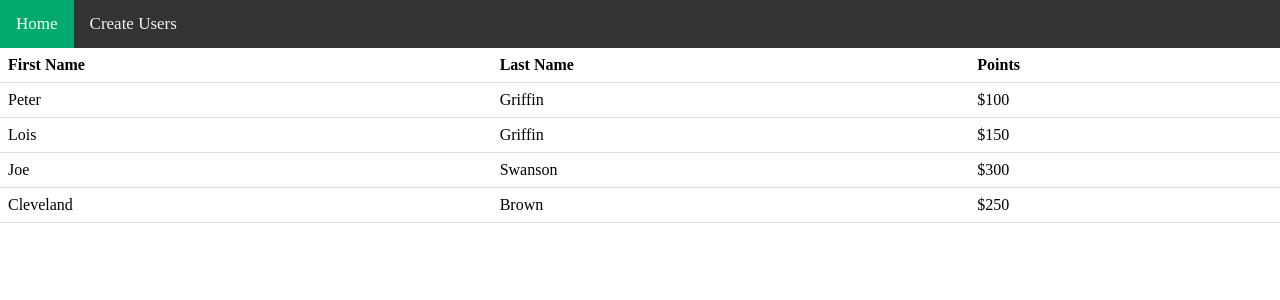
Repository: Ducbii4202/backend-Nodejs
Page: src/views/home.ejs
An editor plug-in stored every save of this project. The page is shown before and after the next save, followed by the edit.
The browser window is 1280 px wide. The pictures show the whole page.
The page is served by the project's Node server (server.js). The template is opened directly, without the code that normally fills it, so the values that code supplies are empty.

Above is the page before, as saved 2024-07-01 22:39:14.

### src/views/home.ejs
<html lang="en">

<head>
  <meta charset="UTF-8">
  <meta name="viewport" content="width=device-width, initial-scale=1.0">
  <title>Home Page</title>
  <link rel="stylesheet" href="/css/styles.css" />

</head>
<style>
  table {
    border-collapse: collapse;
    width: 100%;
  }

  th,
  td {
    padding: 8px;
    text-align: left;
    border-bottom: 1px solid #ddd;
  }

  tr:hover {
    background-color: coral;
  }
</style>

<body>
  <div class="topnav">
    <a class="active" href="/">Home</a>
    <a href="/create">Create Users</a>
  </div>
  <table>
    <tr>
      <th>First Name</th>
      <th>Last Name</th>
      <th>Points</th>
    </tr>
    <tr>
      <td>Peter</td>
      <td>Griffin</td>
      <td>$100</td>
    </tr>
    <tr>
      <td>Lois</td>
      <td>Griffin</td>
      <td>$150</td>
    </tr>
    <tr>
      <td>Joe</td>
      <td>Swanson</td>
      <td>$300</td>
    </tr>
    <tr>
      <td>Cleveland</td>
      <td>Brown</td>
      <td>$250</td>
    </tr>
  </table>
</body>

</html>

### server.js
const express = require("express");
const app = express();
const port = 8080;

app.set("views", "./src/views");
app.set("view engine", "ejs");

app.get("/", (req, res) => {
  res.send("Hello World!");
});

app.get("/abc", (req, res) => {
  res.send("Hello ABC!");
});

app.listen(port, () => {
  console.log(`Example app listening on port ${port}`);
});

### src/public/css/styles.css
.hoidanit{
    width: 500px;
}

/*reset padding and margin*/
*{
    margin: 0;
    padding: 0;
}

/* Add a black background color to the top navigation */
.topnav {
  background-color: #333;
  overflow: hidden;
}

/* Style the links inside the navigation bar */
.topnav a {
  float: left;
  color: #f2f2f2;
  text-align: center;
  padding: 14px 16px;
  text-decoration: none;
  font-size: 17px;
}

/* Change the color of links on hover */
.topnav a:hover {
  background-color: #ddd;
  color: black;
}

/* Add a color to the active/current link */
.topnav a.active {
  background-color: #04AA6D;
  color: white;
}

.form-add-new{
    width: 500px;
    margin: 0 auto;
    padding-top: 100px;
}
.input-group{
    padding: 10px
}

button{
    margin: 10px;
    cursor: po;
}

After the next save:
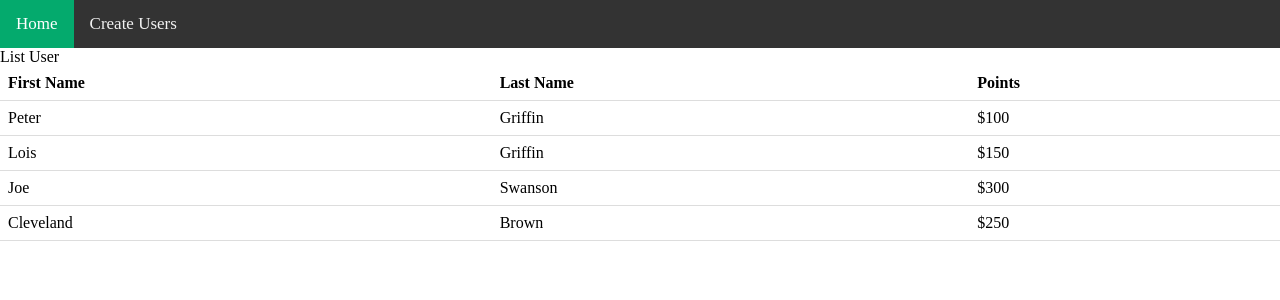
Saved 79 s later.
--- a/src/views/home.ejs
+++ b/src/views/home.ejs
@@ -21,7 +21,7 @@
   }
 
   tr:hover {
-    background-color: coral;
+    background-color: rgb(211, 187, 243);
   }
 </style>
 
@@ -29,6 +29,9 @@
   <div class="topnav">
     <a class="active" href="/">Home</a>
     <a href="/create">Create Users</a>
+  </div>
+  <div class="table-container">
+    <div>List User</div>
   </div>
   <table>
     <tr>
